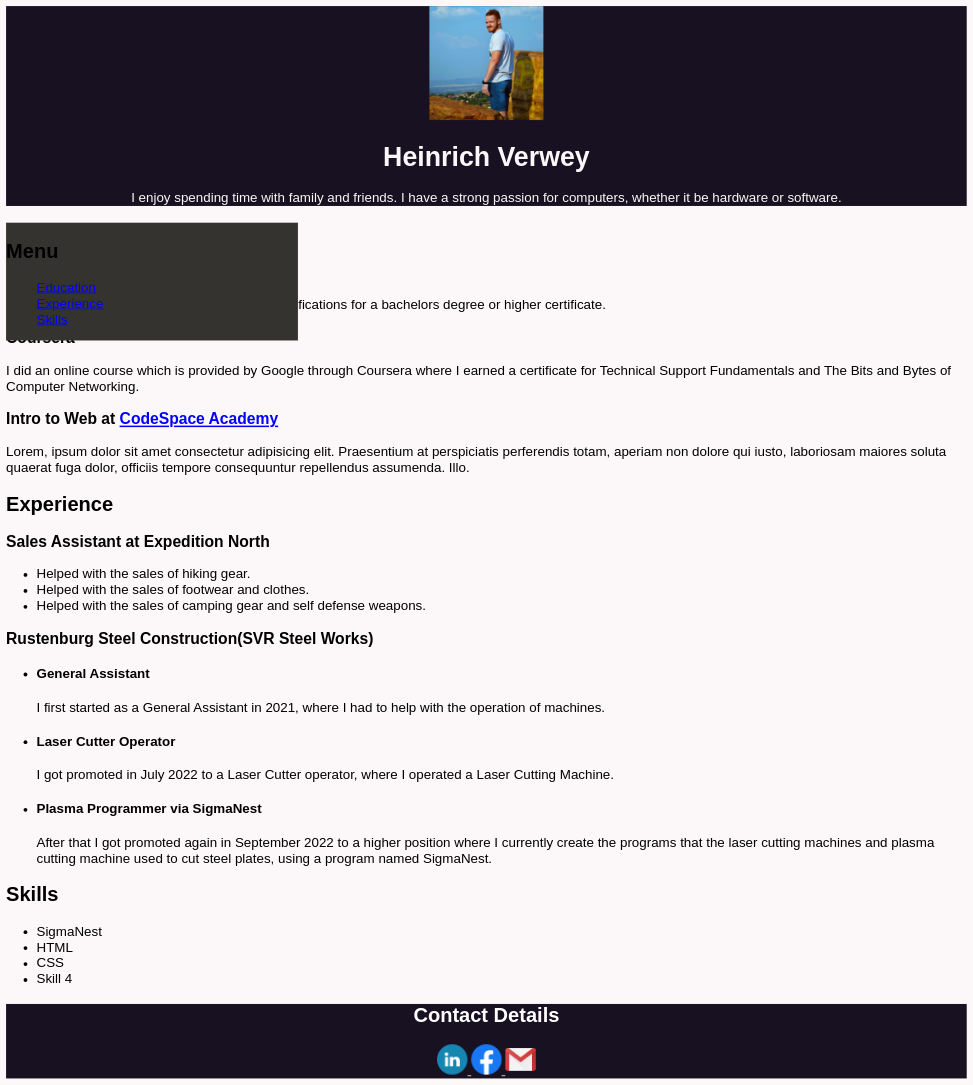
Repository: W3asl3y/IntroToWebDesign
Page: index.html
These files come from the project's save history. The page is drawn as it stood at one moment and after the next save; the edit follows.
The browser window is 1280 px wide. The pictures show the whole page, at 76% of full size.

Above is the page before, as saved 2022-10-22 14:53:37.

### index.html
<!DOCTYPE html>
<html lang="en">
    <head>
        <meta charset="UTF-8">
        <meta http-equiv="X-UA-Compatible" content="IE=edge">
        <meta name="viewport" content="width=device-width, initial-scale=1.0">
        <title>
            My Resume
        </title>
        <link rel="stylesheet" type="text/css" href="css/stylesheet.css">
    </head>
    <body>
        <header id="heading">
            <img src="images/heinrich.jpg" alt="My profile picture" width="150px" >
            <h1>
                 Heinrich Verwey
            </h1>
            <p>
                I enjoy spending time with family and friends. I have a strong passion for computers, whether it be hardware or software.
            </p>
        </header>
        <main>
            <div id="sidebar">
                <nav>
                    <h2>
                        Menu
                    </h2>
                    <ul class="nav-menu">
                        <li>
                            <a href="#education"> Education </a>
                        </li>
                        <li>
                            <a href="#experience"> Experience </a>
                        </li>
                        <li>
                            <a href="#skills"> Skills </a>
                        </li>
                    </ul>
                </nav>
            </div>
            <div id="contents">
                <h2 id=education>
                    Education
                </h2>
                <h3>
                    Rustenburg Highschool
                </h3>
                <p>
                    I matriculated in 2020 and met the minimum qualifications for a bachelors degree or higher certificate.
                </p>
                <h3>
                    Coursera
                </h3>
                <p>
                    I did an online course which is provided by Google through Coursera where I earned a certificate for Technical Support Fundamentals and The Bits and Bytes of Computer Networking.
                </p>
                <h3>
                    Intro to Web at <a href="https://www.codespace.co.za/courses/frontend-web-development/">CodeSpace Academy</a>
                </h3>
                <p>
                    Lorem, ipsum dolor sit amet consectetur adipisicing elit. Praesentium at perspiciatis perferendis totam, aperiam non dolore qui iusto, laboriosam maiores soluta quaerat fuga dolor, officiis tempore consequuntur repellendus assumenda. Illo.
                </p>
                </h3>
                <h2 id="experience">
                    Experience
                </h2>
                <h3>
                    Sales Assistant at Expedition North
                </h3>
                <ul>
                    <li>
                        Helped with the sales of hiking gear.
                    </li>
                    <li>
                        Helped with the sales of footwear and clothes.
                    </li>
                    <li>
                        Helped with the sales of camping gear and self defense weapons.
                    </li>
                </ul>
                <h3>
                    Rustenburg Steel Construction(SVR Steel Works)
                </h3>
                <ul>
                    <li>
                        <h4>
                            General Assistant
                        </h4>
                            <p>
                                I first started as a General Assistant in 2021, where I had to help with the operation of machines.
                            </p>
                    </li>
                    <li>
                        <h4>
                            Laser Cutter Operator
                        </h4>
                            <p>
                                I got promoted in July 2022 to a Laser Cutter operator, where I operated a Laser Cutting Machine.
                            </p>
                    </li>
                    <li>
                        <h4>
                            Plasma Programmer via SigmaNest
                        </h4>
                            <p>
                                After that I got promoted again in September 2022 to a higher position where I currently create the programs that the laser cutting machines and plasma cutting machine used to cut steel plates, using a program named SigmaNest.
                            </p>
                    </li>
                </ul>
                <h2 id="skills">
                    Skills
                </h2>
                <ul>
                    <li>
                        SigmaNest
                    </li>
                    <li>
                        HTML
                    </li>
                    <li>
                        CSS
                    </li>
                    <li>
                        Skill 4
                    </li>
                </ul>
            </div>
        </main>
        <footer>
            <h2>
                Contact Details
            </h2>
                <a href="https://www.linkedin.com/in/heinrich-verwey-1627a7205/">
                    <img src="Images\LinkedIn.webp" alt="My LinkedIn" width="40px">
                </a>
                <a href="https://www.facebook.com/heinrich.verwey.79/">
                    <img src="Images\Facebook.webp" alt="LinkedIn" width="40px" alt=" My Facebook">
                </a>
                <a href="mailto:verwey41@gmail.com" target="_blank">
                    <img src="Images\Gmail.webp" width="40px" alt="My Email">
                </a>
        </footer>
    </body>
</html

### CSS/stylesheet.css
body{
     font-family: sans-serif;
     font-size:110%;
     background-color: #FCF7F8;
}

header {
     text-align: center;
    -webkit-text-fill-color: #FCF7F8;
     background-color: #181122;
}

#sidebar {
    background-color: #343330;
    width: 30%  ;
    float: left;
    position: fixed;

}

.nav-menu {
     list-style: none;

}

a:link {
     color: blue;
}

a:visited {
     color: blue;
}

footer {
     background-color: #181122;
     text-align: center;
     -webkit-text-fill-color: white;
}

After the next save:
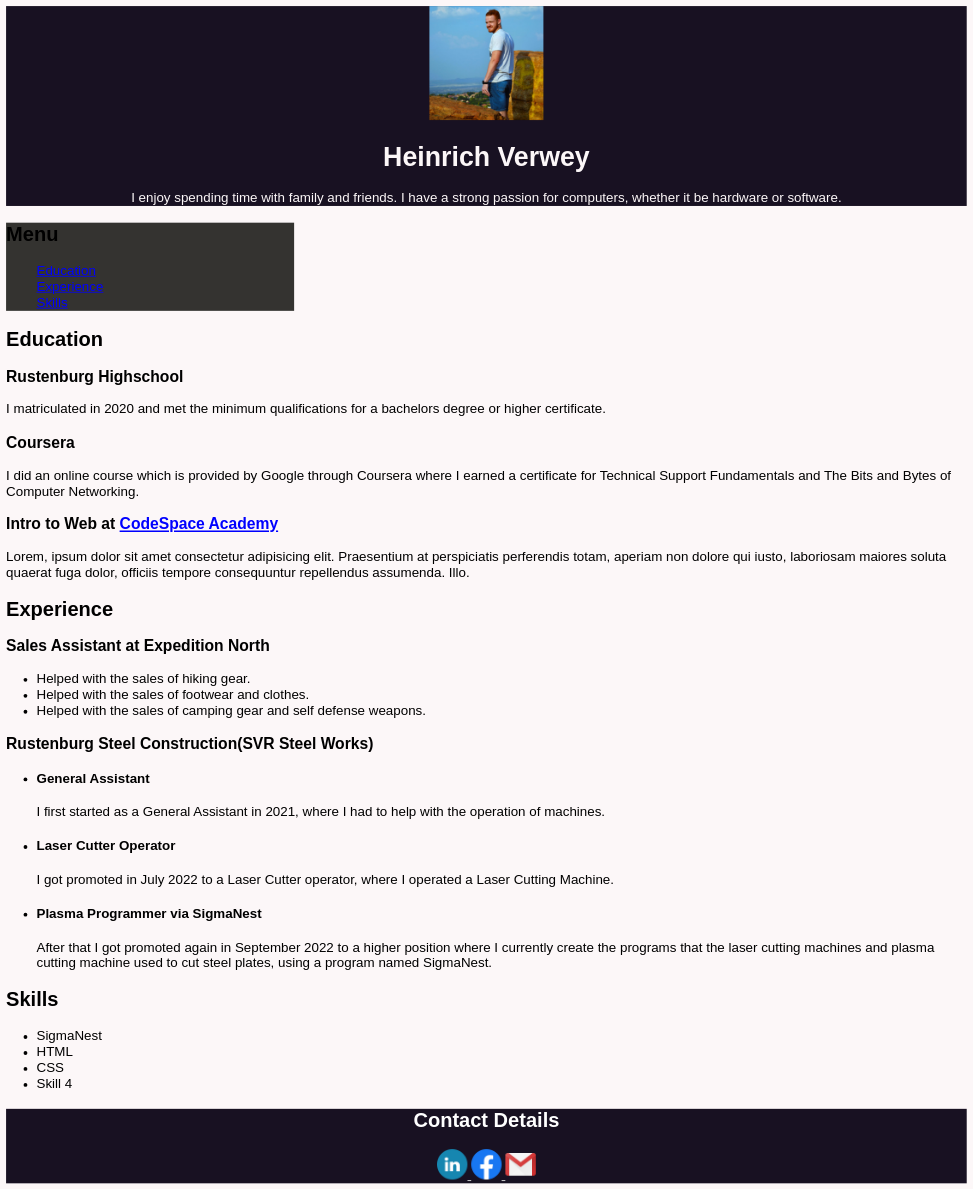
Saved 10 s later.
--- a/CSS/stylesheet.css
+++ b/CSS/stylesheet.css
@@ -13,8 +13,6 @@ header {
 #sidebar {
     background-color: #343330;
     width: 30%  ;
-    float: left;
-    position: fixed;
 
 }
 
